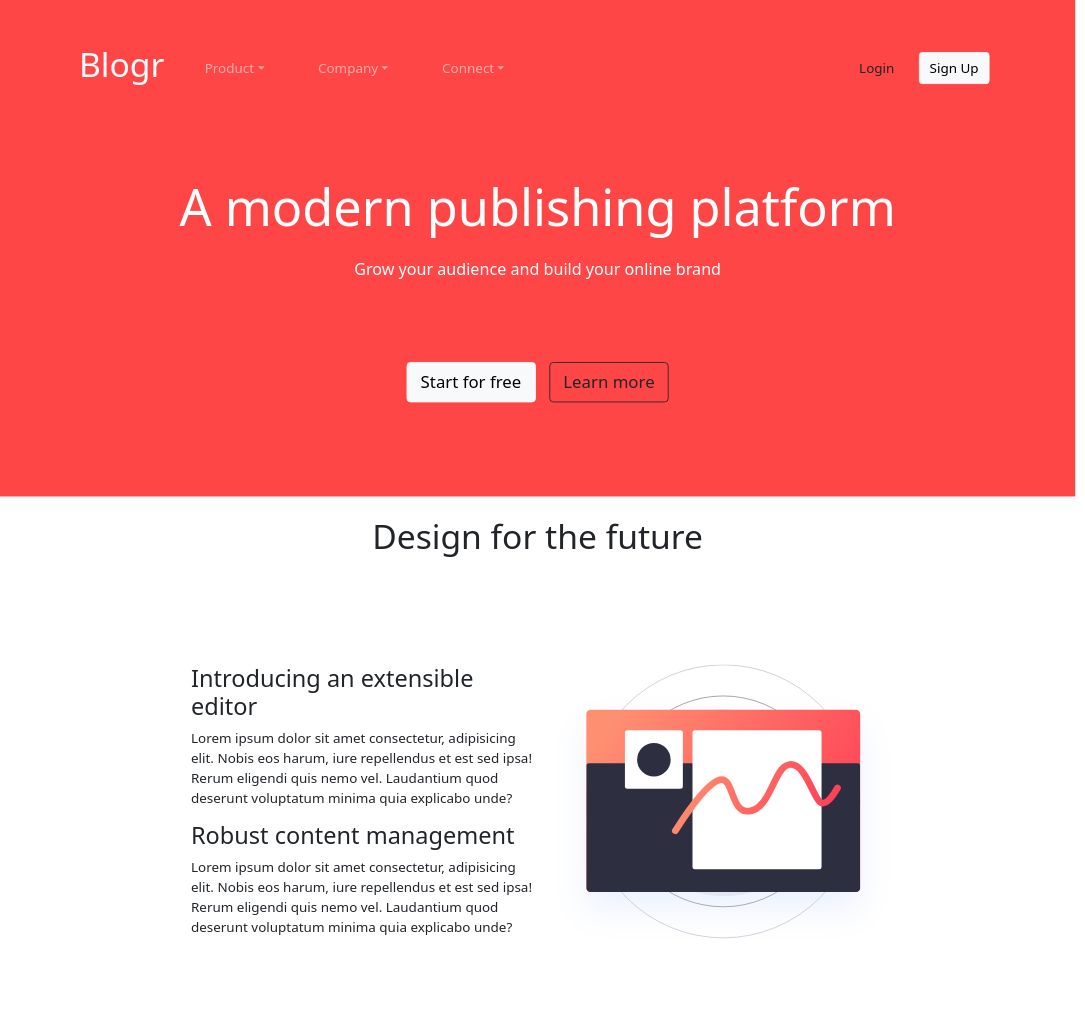
Repository: badhon252/blogr-landing-page
Page: /
The author's editor kept a copy of each file at every save. The page is drawn from the files as they stood at one save, then again after the next save.
The browser window is 1280 px wide. The page is 1292 px wide, so the pictures cover 1292 px, including what lies to the right of the window. The pictures show the whole page, at 84% of full size.
The project was rebuilt for these pictures with package versions that can differ from the ones it lists, and the page was loaded fresh each time.

Above is the page before, as saved 2022-01-18 18:52:52.

After the next save:
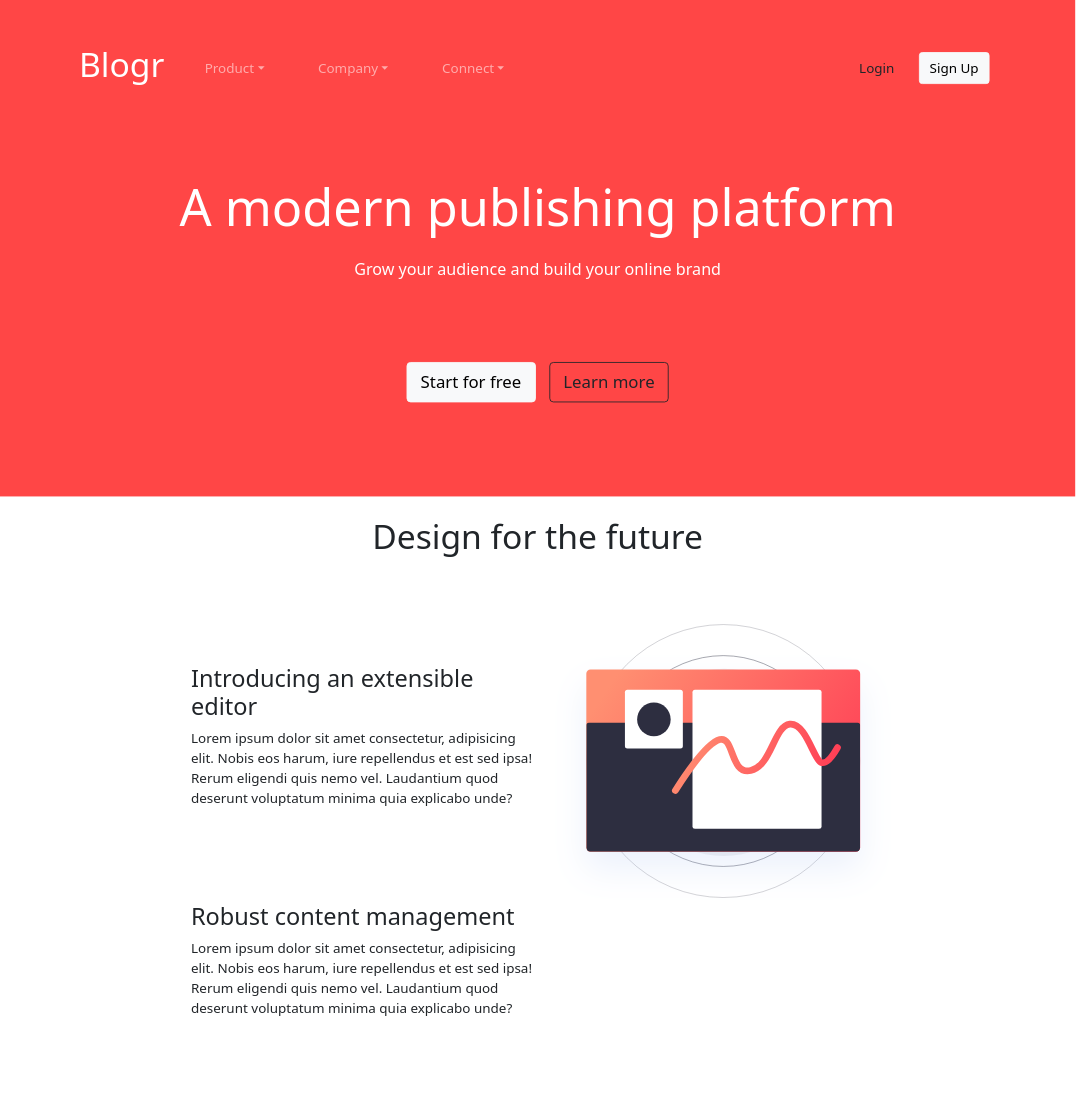
Saved 30 s later.
--- a/src/components/Intro/Intro.js
+++ b/src/components/Intro/Intro.js
@@ -8,8 +8,8 @@ export default function Intro() {
       <h1 className="intro-h1 py-4">Design for the future</h1>
       <div className="row ms-auto py-5">
         <div className="col-md-2"></div>
-        <div className="col-md-4 py-5">
-          <div>
+        <div className="col-md-4">
+          <div className=" py-5">
             <h3>Introducing an extensible editor</h3>
             <p>
               Lorem ipsum dolor sit amet consectetur, adipisicing elit. Nobis
@@ -18,7 +18,7 @@ export default function Intro() {
               explicabo unde?
             </p>
           </div>
-          <div>
+          <div className="py-5">
             <h3>Robust content management</h3>
             <p>
               Lorem ipsum dolor sit amet consectetur, adipisicing elit. Nobis
@@ -28,7 +28,7 @@ export default function Intro() {
             </p>
           </div>
         </div>
-        <div className="col-md-6 py-5">
+        <div className="col-md-6 ">
           <img src={MobileLogo} alt="This is MobileLogo svg img"></img>
           <div></div>
         </div>
